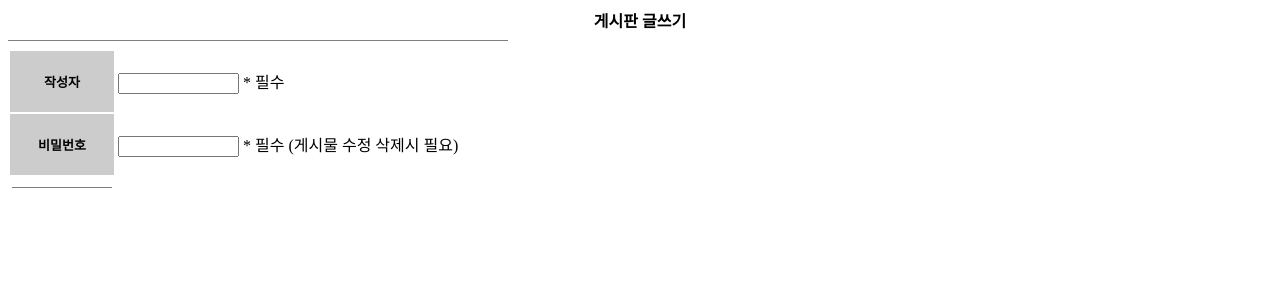
Repository: kalmia26/Capstone
Page: http://localhost/LectureSystem/write2.jsp
The author's editor kept a copy of each file at every save. The page is drawn from the files as they stood at one save, then again after the next save.
The browser window is 1280 px wide. The pictures show the whole page.
The page is served by Tomcat 9.

Above is the page before, as saved 2017-05-08 22:06:32.

After the next save:
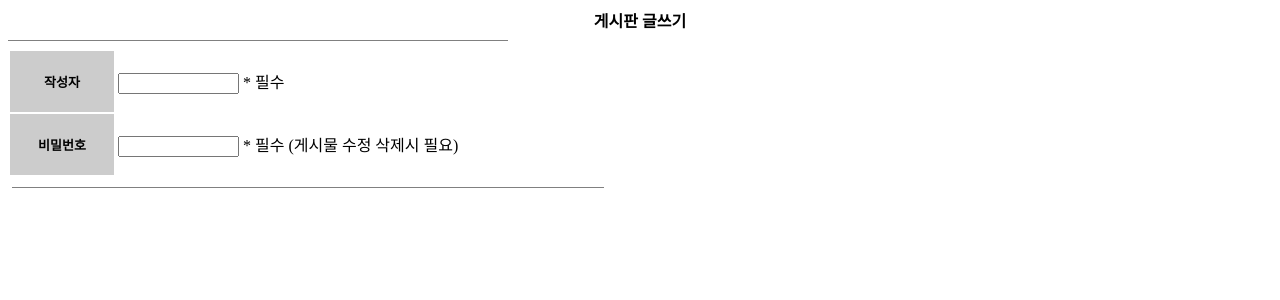
Saved 34 s later.
--- a/LectureSystem/WebContent/write2.jsp
+++ b/LectureSystem/WebContent/write2.jsp
@@ -64,7 +64,7 @@ Write.submit();
 		</tr>
 
 		<tr>
-			<td coslpan='2'>
+			<td colspan='2'>
 				<hr size='1' noshade>
 			</td>
 		</tr>
